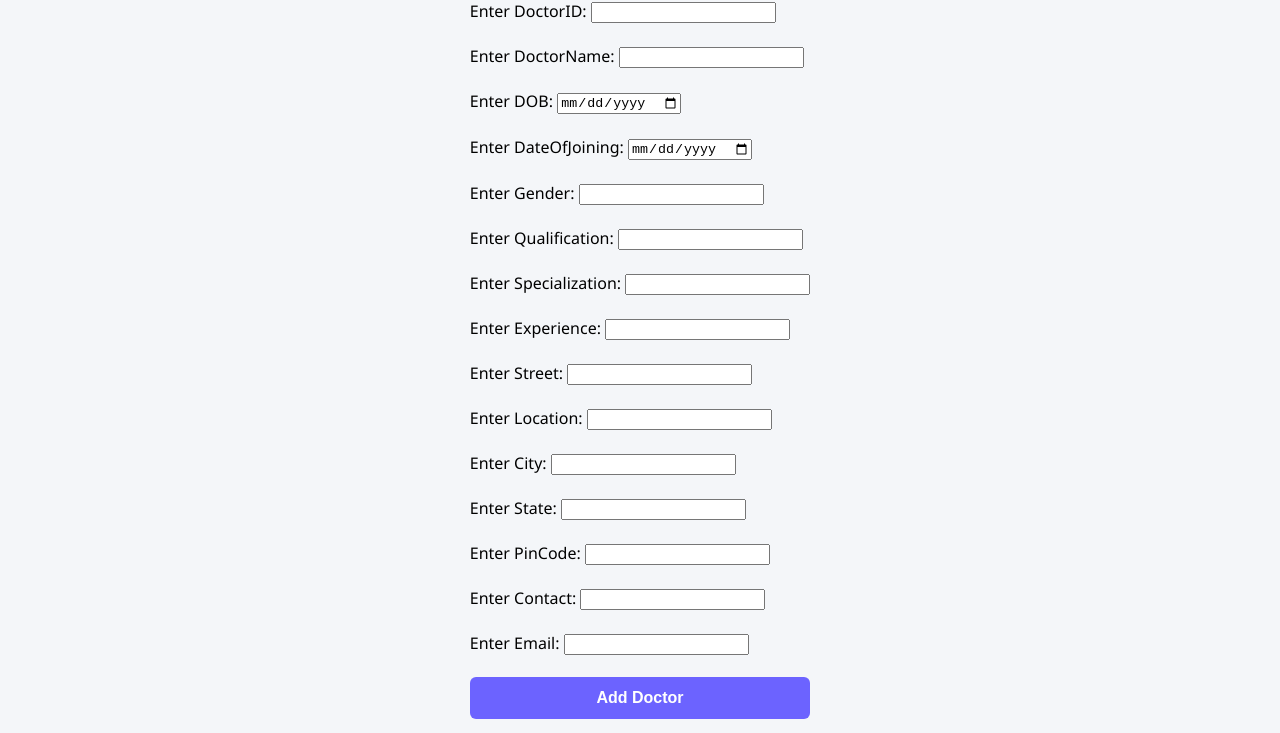
Repository: Pravinkumar-Raja/SpringProjects
Page: http://localhost/Spring-Web/WEB-INF/views/AddDoctor.jsp
The author's editor kept a copy of each file at every save. The page is drawn from the files as they stood at one save, then again after the next save.
The browser window is 1280 px wide. The pictures show the whole page.
The page is served by Tomcat 9. Nobody is signed in. Other server files are loaded and not shown. The template is opened directly, without the code that normally fills it, so the values that code supplies are empty.

Above is the page before, as saved 2025-11-24 10:44:23.

### Spring-Web/src/main/webapp/WEB-INF/views/AddDoctor.jsp
<html>
	<head>
		<style>
		       body {
		           background: #f4f6f9;
		           font-family: 'Segoe UI', Tahoma, Geneva, Verdana, sans-serif;
		           margin: 0;
		           padding: 0;
		           display: flex;
		           justify-content: center;
		           align-items: flex-start;
		           min-height: 100vh;
		       }

		       .form-container {
		           background: #fff;
		           padding: 30px 40px;
		           margin: 40px;
		           width: 700px; /* wider form like job sites */
		           border-radius: 10px;
		           box-shadow: 0 6px 20px rgba(0,0,0,0.15);
		       }

		       .form-container h2 {
		           text-align: center;
		           margin-bottom: 25px;
		           color: #333;
		       }

		       .form-section {
		           margin-bottom: 25px;
		       }

		       .form-section h3 {
		           margin-bottom: 15px;
		           color: #444;
		           border-bottom: 2px solid #eee;
		           padding-bottom: 5px;
		       }

		       .form-group {
		           display: flex;
		           flex-wrap: wrap;
		           margin-bottom: 15px;
		       }

		       .form-group label {
		           flex: 1 0 200px;
		           margin-right: 10px;
		           font-weight: 600;
		           color: #555;
		       }

		       .form-group input {
		           flex: 2 0 300px;
		           padding: 8px;
		           border: 1px solid #ccc;
		           border-radius: 6px;
		           transition: border-color 0.3s;
		       }

		       .form-group input:focus {
		           border-color: #6c63ff;
		           outline: none;
		           box-shadow: 0 0 5px rgba(108,99,255,0.3);
		       }

		       button {
		           width: 100%;
		           padding: 12px;
		           background: #6c63ff;
		           border: none;
		           border-radius: 6px;
		           color: white;
		           font-size: 16px;
		           font-weight: bold;
		           cursor: pointer;
		           transition: background 0.3s, transform 0.2s;
		       }

		       button:hover {
		           background: #574b90;
		           transform: scale(1.02);
		       }
		   </style>


</head>
	<body bgcolor="blue">
		<form action="./addDoctor" method="post">
			Enter DoctorID: <input type="text" name="doctorID"/><br><br>
			Enter DoctorName: <input type="text" name="doctorName"/><br><br>
			Enter DOB: <input type="date" name="dateOfBirth"/><br><br>
			Enter DateOfJoining: <input type="date" name="dateOfJoining"/><br><br>
			Enter Gender: <input type="text" name="gender"/><br><br>
			Enter Qualification: <input type="text" name="qualification"/><br><br>
			Enter Specialization: <input type="text" name="specialization"/><br><br>
			Enter Experience: <input type="number" name="experience"/><br><br>
			Enter Street: <input type="text" name="street"/><br><br>
			Enter Location: <input type="text" name="location"/><br><br>
			Enter City: <input type="text" name="city"/><br><br>
			Enter State: <input type="text" name="state"/><br><br>
			Enter PinCode: <input type="number" name="pincode"/><br><br>
			Enter Contact: <input type="text" name="contact"/><br><br>
			Enter Email: <input type="email" name="email"/><br><br>
			<button type="submit">Add Doctor</button>
		</form>
	</body>
</html>

After the next save:
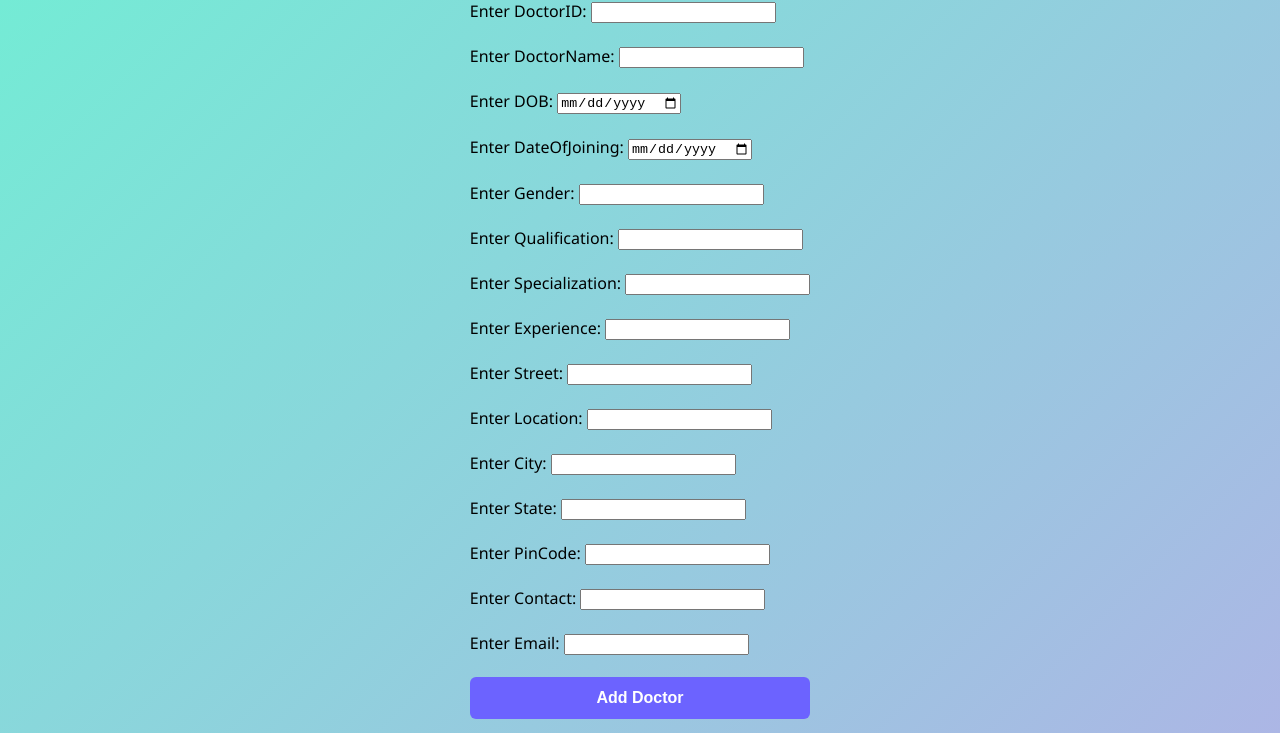
Saved 2 min 13 s later.
--- a/Spring-Web/src/main/webapp/WEB-INF/views/AddDoctor.jsp
+++ b/Spring-Web/src/main/webapp/WEB-INF/views/AddDoctor.jsp
@@ -2,7 +2,8 @@
 	<head>
 		<style>
 		       body {
-		           background: #f4f6f9;
+		           /* Gradient background for a modern look */
+		           background: linear-gradient(135deg, #74ebd5 0%, #ACB6E5 100%);
 		           font-family: 'Segoe UI', Tahoma, Geneva, Verdana, sans-serif;
 		           margin: 0;
 		           padding: 0;
@@ -13,12 +14,12 @@
 		       }
 
 		       .form-container {
-		           background: #fff;
+		           background: #ffffff;
 		           padding: 30px 40px;
 		           margin: 40px;
-		           width: 700px; /* wider form like job sites */
-		           border-radius: 10px;
-		           box-shadow: 0 6px 20px rgba(0,0,0,0.15);
+		           width: 700px;
+		           border-radius: 12px;
+		           box-shadow: 0 8px 25px rgba(0,0,0,0.25);
 		       }
 
 		       .form-container h2 {
